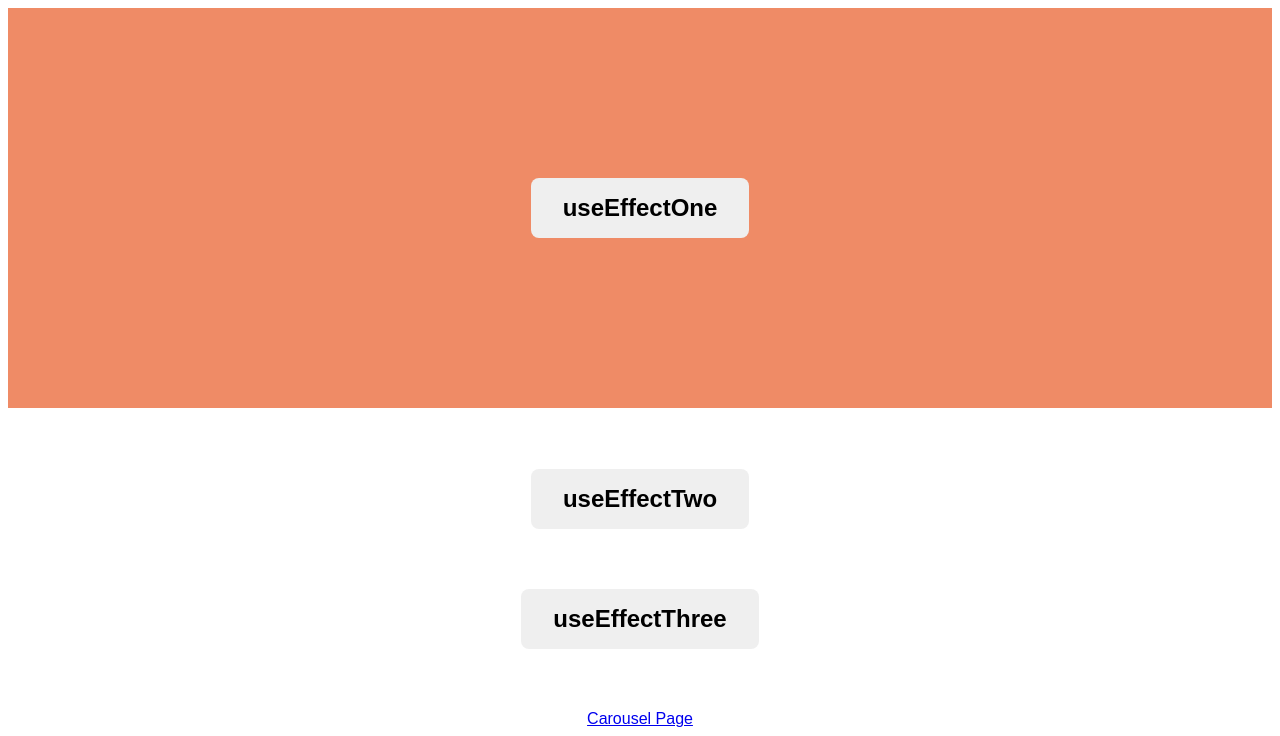
Repository: giovanabirck/class8
Page: /
These files come from the project's save history. The page is drawn as it stood at one moment and after the next save; the edit follows.
The browser window is 1280 px wide. The pictures show the whole page.
The project was rebuilt for these pictures with package versions that can differ from the ones it lists, and the page was loaded fresh each time. The framework's server and built-in components were replaced by stand-ins that run in the browser. Also part of the build but not shown: next.config.js.

Above is the page before, as saved 2023-02-23 17:55:07.

After the next save:
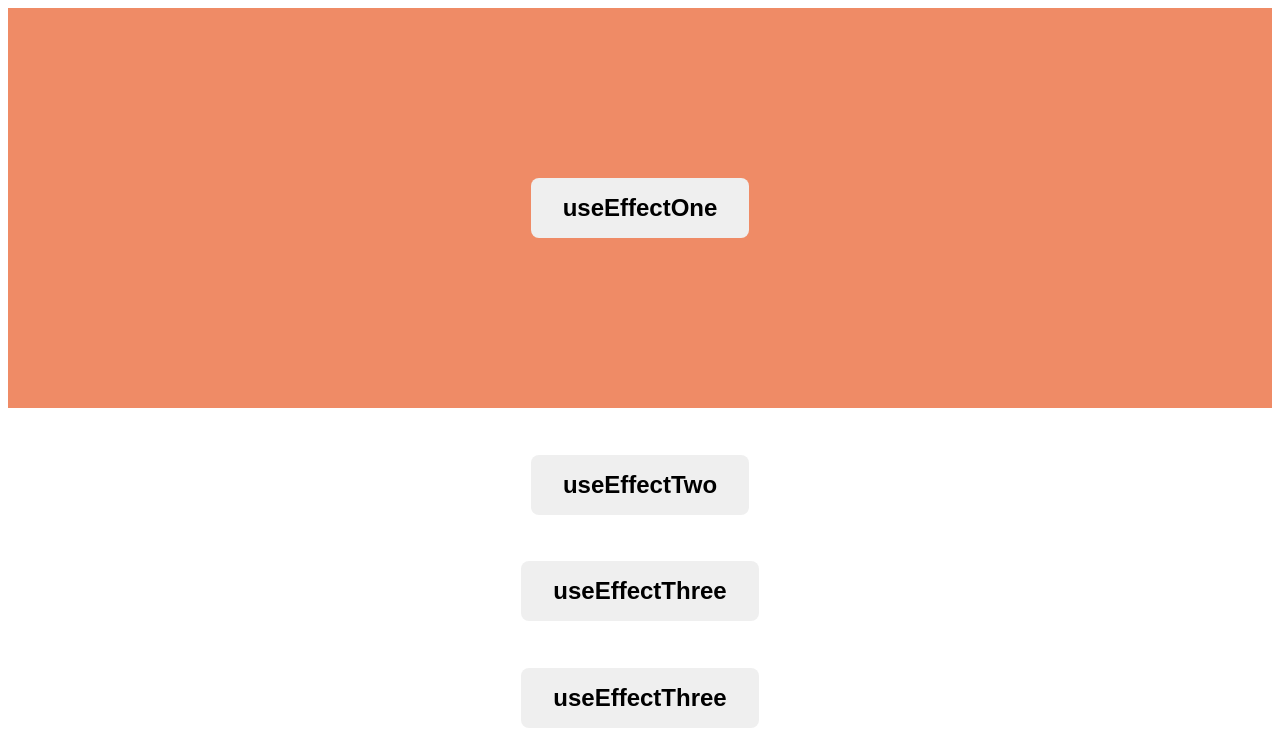
Saved 9 s later.
--- a/pages/index.js
+++ b/pages/index.js
@@ -29,7 +29,9 @@ export default function Home() {
           </Link>
         </div>
         <div className={styles.carousel}>
-          <Link href="/carouselPage">Carousel Page</Link>
+          <Link href="/carouselPage">
+          <button className={styles.btn}>useEffectThree</button>
+          </Link>
         </div>
       </main>
     </>
